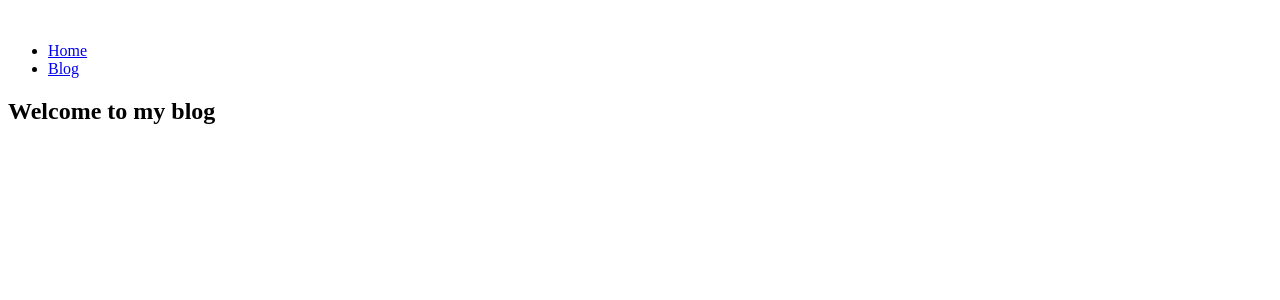
Repository: ikennobunga/11tyblog
Page: src/index.html
An editor plug-in stored every save of this project. The page is shown before and after a run of saves, followed by the edit.
The browser window is 1280 px wide. The pictures show the whole page.

Above is the page before, as saved 2021-10-26 23:54:36.

After the next 4 saves:
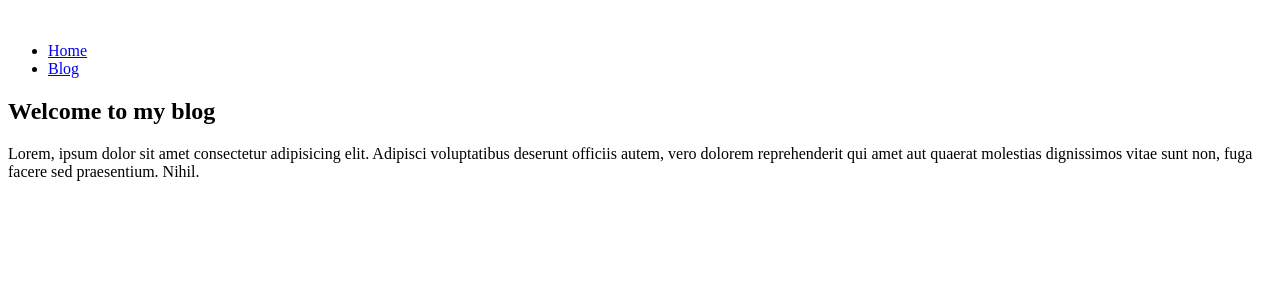
The 4 saves are shown as one change because they came seconds apart.
The last was saved 11 s later.
--- a/src/index.html
+++ b/src/index.html
@@ -33,6 +33,7 @@
             <div class="container flow">
                 <div class="hero-content flow">
                     <h1>Welcome to my blog</h1>
+                    <p>Lorem, ipsum dolor sit amet consectetur adipisicing elit. Adipisci voluptatibus deserunt officiis autem, vero dolorem reprehenderit qui amet aut quaerat molestias dignissimos vitae sunt non, fuga facere sed praesentium. Nihil.</p>
                 </div>
             </div>
         </section>
